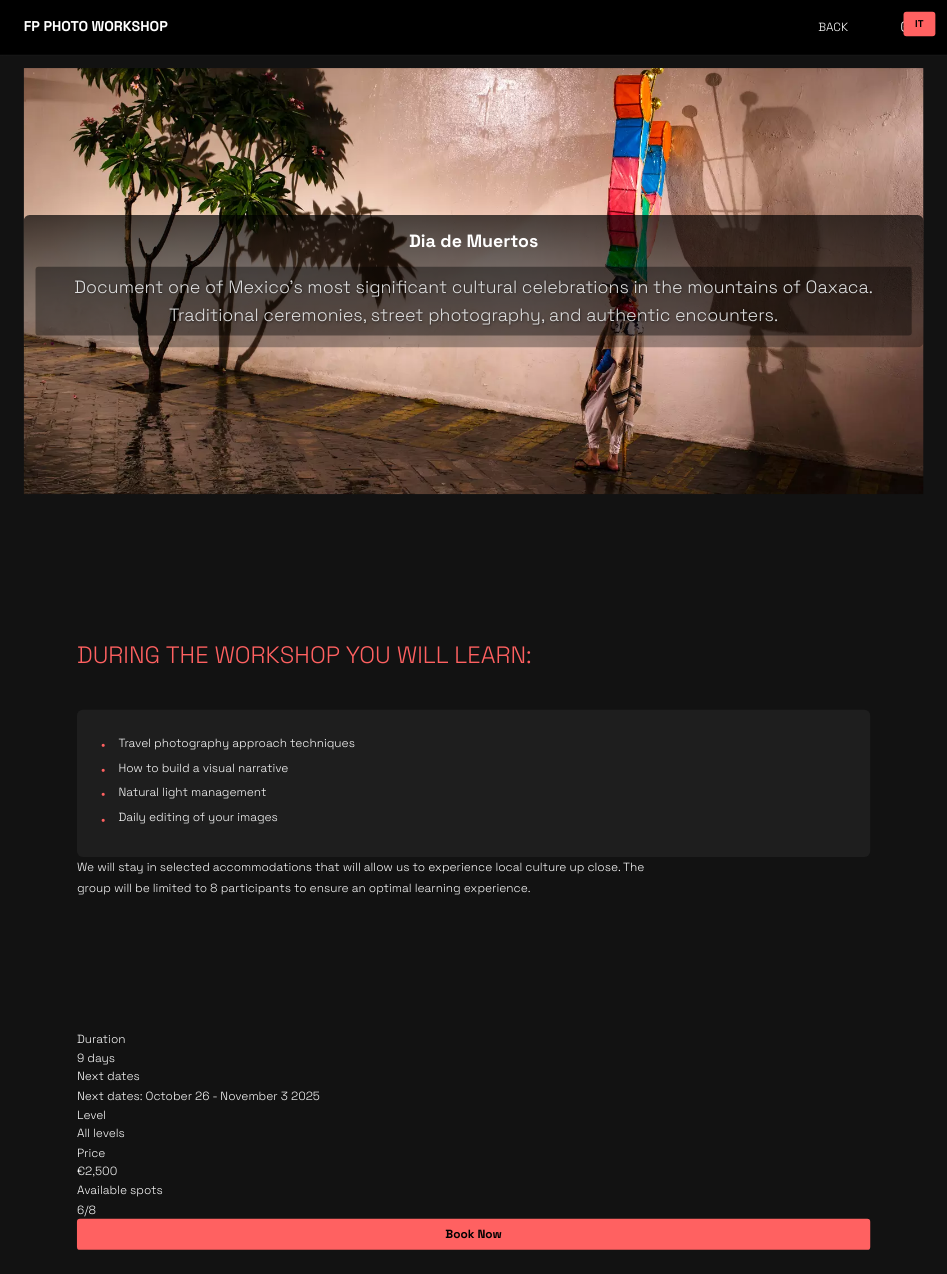
Repository: philipkdpavkia/photo-auto
Page: workshop/mexico.html
The author's editor kept a copy of each file at every save. The page is drawn from the files as they stood at one save, then again after the next save.
The browser window is 1280 px wide. The pictures show the whole page, at 74% of full size.

Above is the page before, as saved 2025-01-06 16:12:17.
Console error: TypeError: Cannot read properties of null (reading 'addEventListener')

After the next save:
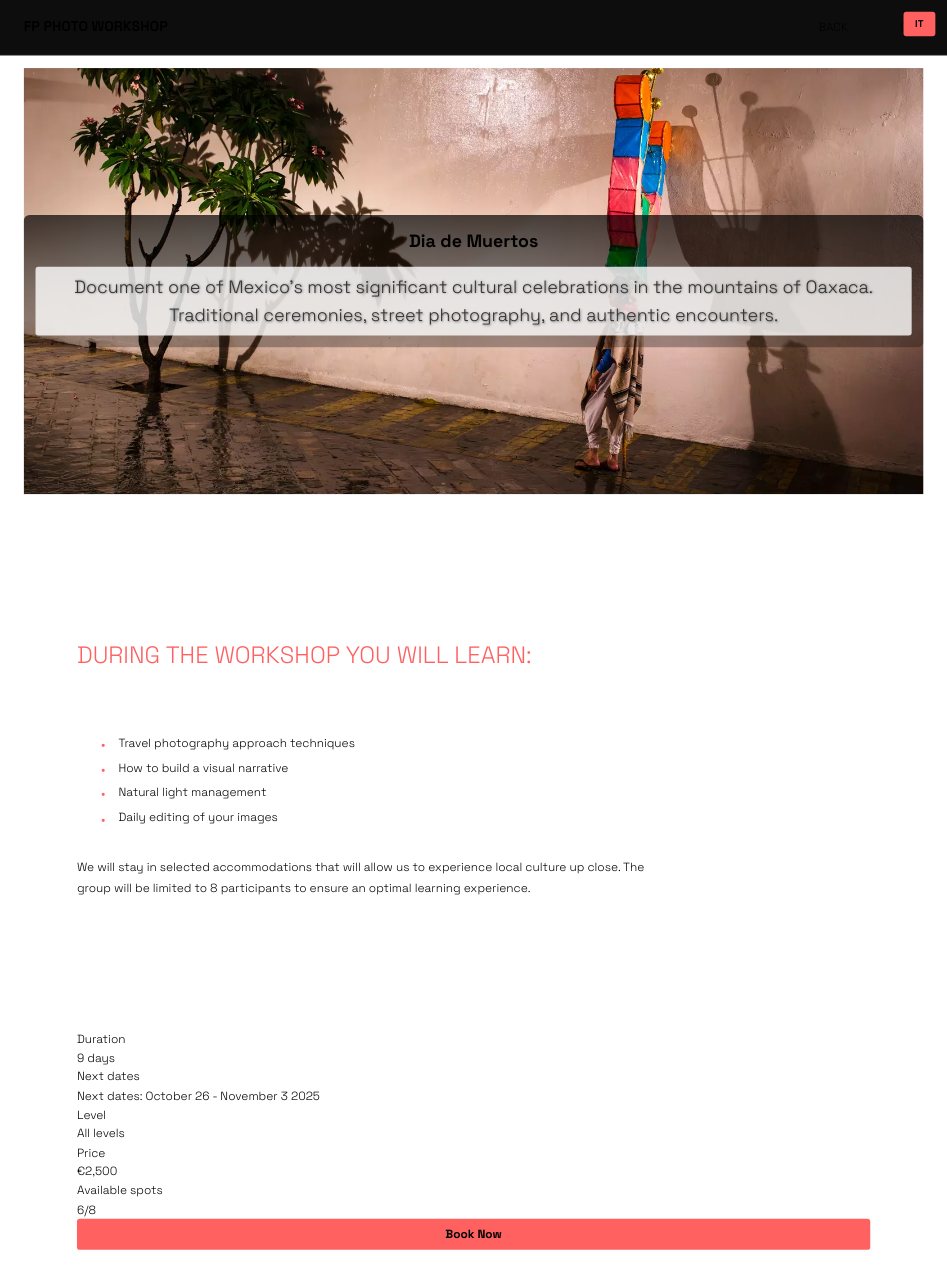
Saved 36 days later.
--- a/css/style.css
+++ b/css/style.css
@@ -13,14 +13,14 @@
 }
 
 :root {
-    --primary: #FFFFFF;
-    --background: #121212;
+    --primary: #000000;
+    --background: #FFFFFF;
     --accent: #FF6161;
-    --secondary: #E0E0E0;
+    --secondary: #333333;
     --highlight: #FFD700;
     --transition: all 0.4s ease;
-    --overlay-bg: rgba(0, 0, 0, 0.4);
-    --hover-bg: rgba(0, 0, 0, 0.6);
+    --overlay-bg: rgba(255, 255, 255, 0.8);
+    --hover-bg: rgba(255, 255, 255, 0.9);
 }
 
 /* Reset CSS */
